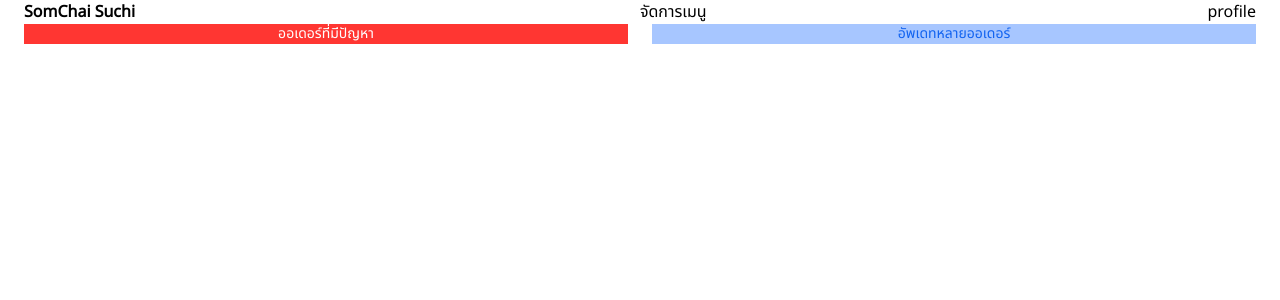
Repository: Pingping1004/food-ordering
Page: / (app in frontend/)
These files come from the project's save history. The page is drawn as it stood at one moment and after the next save; the edit follows.
The browser window is 1280 px wide. The pictures show the whole page.
The project was rebuilt for these pictures with package versions that can differ from the ones it lists, and the page was loaded fresh each time. The framework's server and built-in components were replaced by stand-ins that run in the browser. Also part of the build but not shown: frontend/next.config.ts.

Above is the page before, as saved 2025-06-04 04:28:48.

### frontend/src/app/layout.tsx
import type { Metadata } from "next";
import { Geist, Geist_Mono } from "next/font/google";
import "./globals.css";

const geistSans = Geist({
  variable: "--font-geist-sans",
  subsets: ["latin"],
});

const geistMono = Geist_Mono({
  variable: "--font-geist-mono",
  subsets: ["latin"],
});

export const metadata: Metadata = {
  title: "Create Next App",
  description: "Generated by create next app",
};

export default function RootLayout({
  children,
}: Readonly<{
  children: React.ReactNode;
}>) {
  return (
    <html lang="en">
      <head>
        {/* // Poppins google font api connected */}
          <link rel="preconnect" href="https://fonts.googleapis.com" />
          <link
              rel="preconnect"
              href="https://fonts.gstatic.com"
              crossOrigin="anonymous"
          />

          {/* // Poppins google font api connected */}
          <link href='https://fonts.googleapis.com/css?family=Noto Sans Thai' rel='stylesheet'></link>
      </head>
      <body
        className={`${geistSans.variable} ${geistMono.variable} antialiased`}
      >
        {children}
      </body>
    </html>
  );
}

### frontend/src/app/page.tsx
import CookerHeader from "@/component/cookers/Header";

export default function CookerHomePage() {
    return (
        <div>
            <CookerHeader />
            <section className="grid grid-cols-2 px-6 gap-6 noto-sans-regular text-sm">
                <button className="bg-danger-main text-white px-5">ออเดอร์ที่มีปัญหา</button>
                <button className="bg-primary-light text-primary-main">อัพเดทหลายออเดอร์</button>
            </section>
        </div>
    );
}

### frontend/src/app/globals.css
@import "tailwindcss";

body {
  font-family: 'Poppins', 'Noto Sans Thai', sans-serif;
}

:root {
  --background: #ffffff;
  --foreground: #171717;
}

@theme inline {
  --color-background: var(--background);
  --color-foreground: var(--foreground);
  --font-sans: var(--font-geist-sans);
  --font-mono: var(--font-geist-mono);
}

@theme {
    --color-danger-main: #FF3632;
    --color-danger-light: #FFB2B0;
    --color-primary-main: #1263F0;
    --color-primary-light: #A7C6FF;
}

@media (prefers-color-scheme: dark) {
  :root {
    --background: #0a0a0a;
    --foreground: #ededed;
  }
}

.bg-primary {
    background-color: #1263F0;
}

.text-primary {
  color: #1E1E1E;
}

.text-secondary {
  color: #1E1E1E;
  opacity: 0.75;
}

.text-tertiary {
  color: #1E1E1E;
  opacity: 0.5;
}
.text-quaternary {
  color: #1E1E1E;
  opacity: 0.25;
}

.poppins-thin {
  font-family: "Poppins", sans-serif;
  font-weight: 100;
  font-style: normal;
}

.poppins-extralight {
  font-family: "Poppins", sans-serif;
  font-weight: 200;
  font-style: normal;
}

.poppins-light {
  font-family: "Poppins", sans-serif;
  font-weight: 300;
  font-style: normal;
}

.poppins-regular {
  font-family: "Poppins", sans-serif;
  font-weight: 400;
  font-style: normal;
}

.poppins-medium {
  font-family: "Poppins", sans-serif;
  font-weight: 500;
  font-style: normal;
}

.poppins-semibold {
  font-family: "Poppins", sans-serif;
  font-weight: 600;
  font-style: normal;
}

.poppins-bold {
  font-family: "Poppins", sans-serif;
  font-weight: 700;
  font-style: normal;
}

.poppins-extrabold {
  font-family: "Poppins", sans-serif;
  font-weight: 800;
  font-style: normal;
}

.poppins-black {
  font-family: "Poppins", sans-serif;
  font-weight: 900;
  font-style: normal;
}

.noto-sans-regular {
  font-family: "Noto Sans Thai", sans-serif;
  font-weight: 400;
  font-style: normal;
}

.noto-sans-bold {
  font-family: "Noto Sans Thai", sans-serif;
  font-weight: 700;
  font-style: normal;
}

### frontend/src/component/cookers/Header.tsx
import React from "react";

export default function CookerHeader() {
  return (
    <>
      <header className="w-full flex items-center px-6">
        <div className="grid grid-cols-2 w-full">
          <div>
            <h1 className="font-bold">SomChai Suchi</h1>
          </div>

          <div className="w-full flex justify-between items-center">
            <button>จัดการเมนู</button>

            <div>
              <div className="profile-icon">profile</div>
            </div>
          </div>
        </div>
      </header>
    </>
  );
}

After the next save:
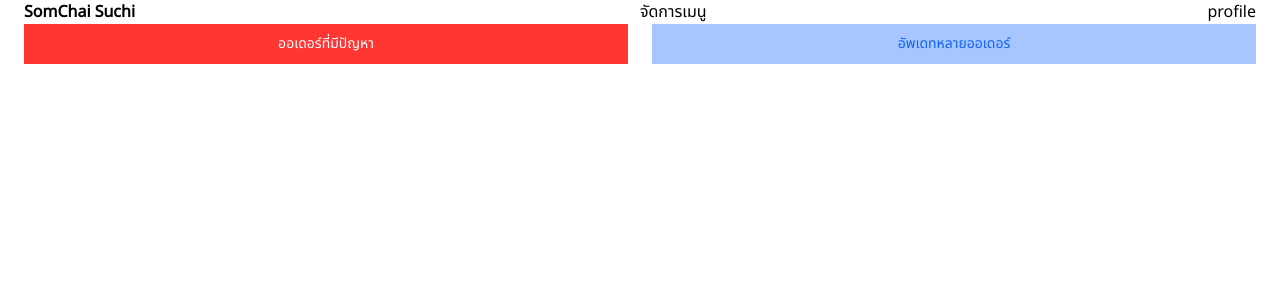
Saved 8 s later.
--- a/frontend/src/app/page.tsx
+++ b/frontend/src/app/page.tsx
@@ -5,7 +5,7 @@
         <div>
             <CookerHeader />
             <section className="grid grid-cols-2 px-6 gap-6 noto-sans-regular text-sm">
-                <button className="bg-danger-main text-white px-5">ออเดอร์ที่มีปัญหา</button>
+                <button className="bg-danger-main text-white px-5 py-2.5">ออเดอร์ที่มีปัญหา</button>
                 <button className="bg-primary-light text-primary-main">อัพเดทหลายออเดอร์</button>
             </section>
         </div>

After the save that followed:
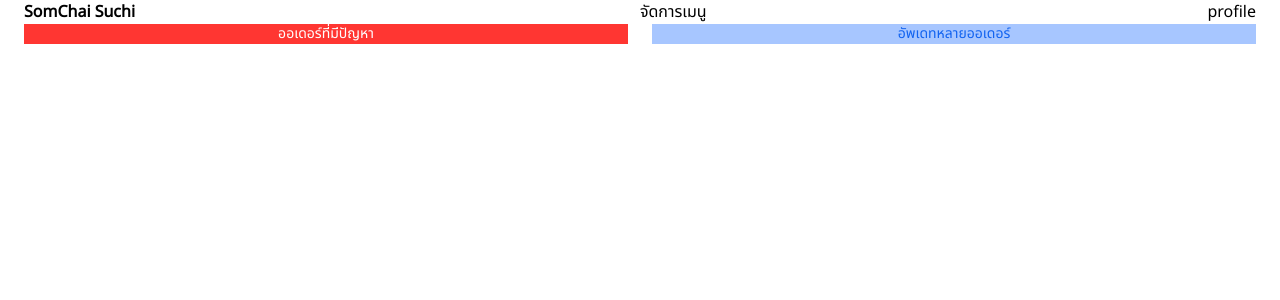
Saved 11 s later.
--- a/frontend/src/app/page.tsx
+++ b/frontend/src/app/page.tsx
@@ -5,7 +5,7 @@
         <div>
             <CookerHeader />
             <section className="grid grid-cols-2 px-6 gap-6 noto-sans-regular text-sm">
-                <button className="bg-danger-main text-white px-5 py-2.5">ออเดอร์ที่มีปัญหา</button>
+                <button className="bg-danger-main text-white">ออเดอร์ที่มีปัญหา</button>
                 <button className="bg-primary-light text-primary-main">อัพเดทหลายออเดอร์</button>
             </section>
         </div>
